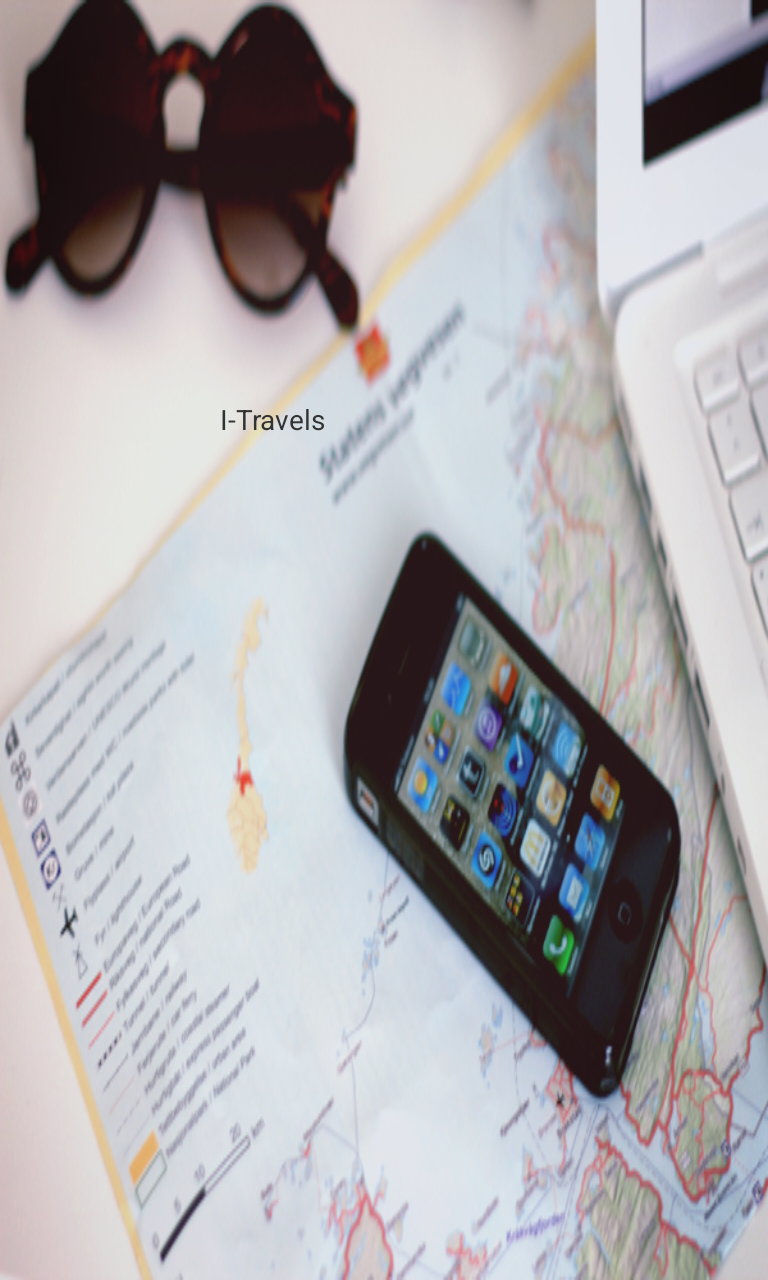
Repository: prernanain27/Android-Travel-Project
Layout: Itravel/res/layout/activity_itravel.xml
The author's editor kept a copy of each file at every save. The layout is drawn from the files as they stood at one save, then again after the next save.
It is drawn on a 768 x 1280 px phone screen (xhdpi) without system bars, with theme AppTheme; the app's code is not run.

Above is the layout before, as saved 2013-09-20 18:01:36.

### Itravel/res/layout/activity_itravel.xml
<LinearLayout xmlns:android="http://schemas.android.com/apk/res/android"
    xmlns:tools="http://schemas.android.com/tools"
    android:layout_width="match_parent"
    android:layout_height="match_parent"
    android:background="@drawable/travel2"
    >

    <TextView
        android:id="@+id/tvani"
        android:layout_width="wrap_content"
        android:layout_height="wrap_content"
        android:layout_centerHorizontal="true"
        android:layout_centerVertical="true"
        android:text="I-Travels"
        android:layout_marginTop="200dp"
        android:layout_marginLeft="110dp"

        />


</LinearLayout>

Loaded but not shown: Itravel/res/values-v11/styles.xml (common file); Itravel/res/values/styles.xml (common file)

After the next save:
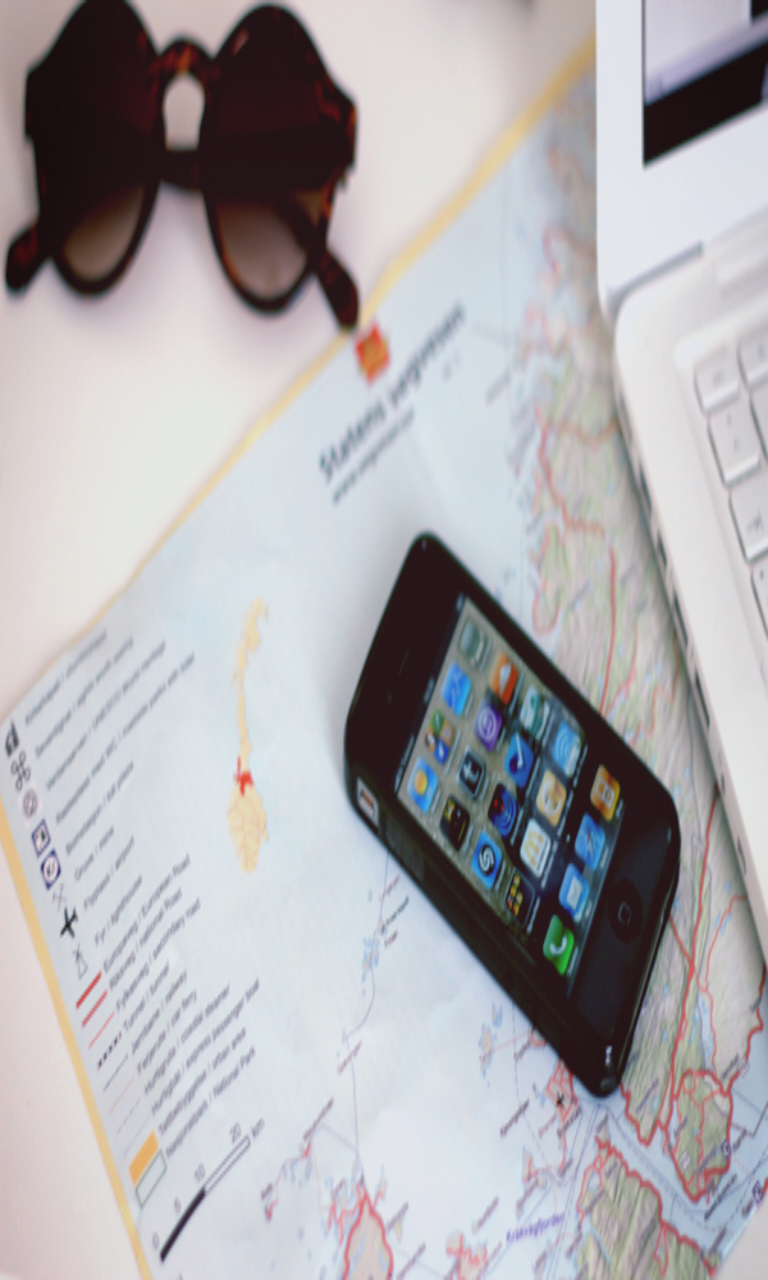
Saved 5 s later.
--- a/Itravel/res/layout/activity_itravel.xml
+++ b/Itravel/res/layout/activity_itravel.xml
@@ -5,17 +5,6 @@
     android:background="@drawable/travel2"
     >
 
-    <TextView
-        android:id="@+id/tvani"
-        android:layout_width="wrap_content"
-        android:layout_height="wrap_content"
-        android:layout_centerHorizontal="true"
-        android:layout_centerVertical="true"
-        android:text="I-Travels"
-        android:layout_marginTop="200dp"
-        android:layout_marginLeft="110dp"
-
-        />
 
 
 </LinearLayout>
